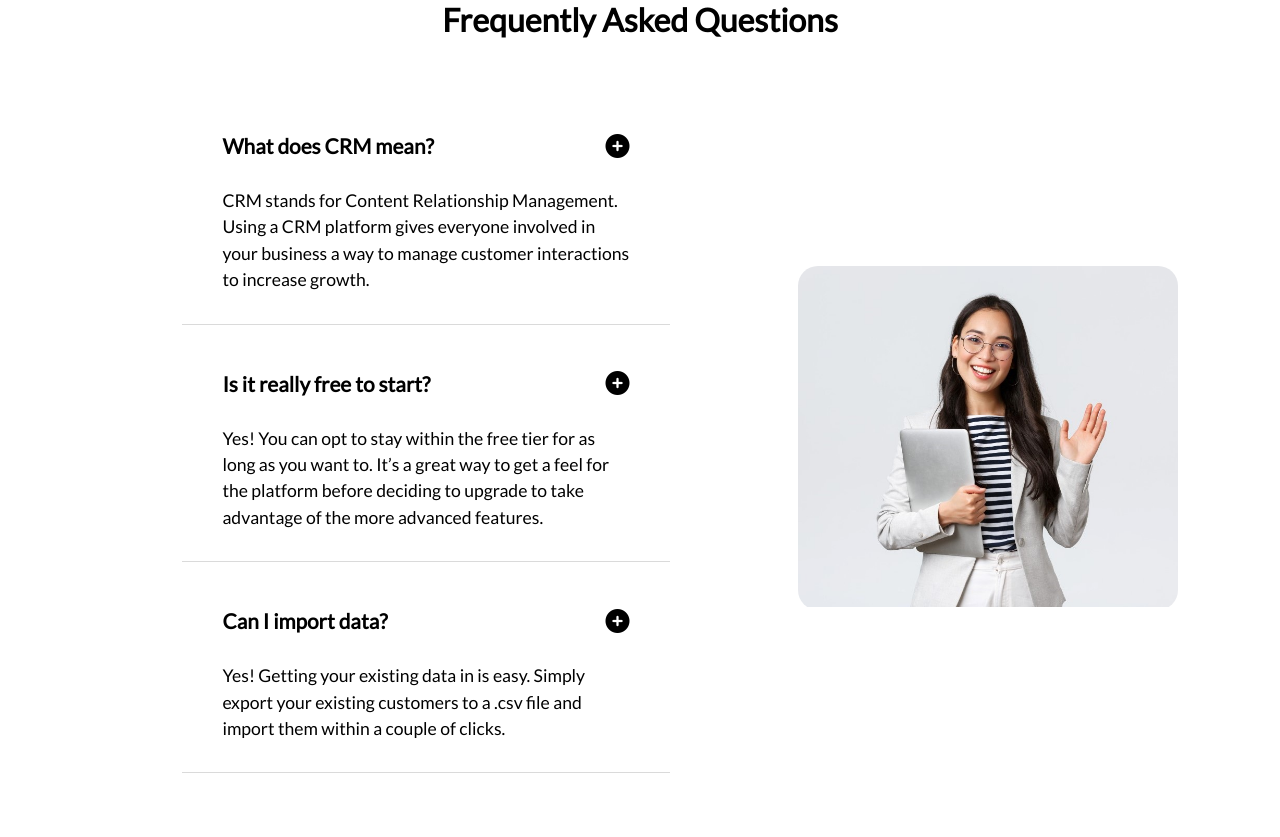
Repository: emiliaiwu/faq_component
Page: index.html
These files come from the project's save history. The page is drawn as it stood at one moment and after a run of saves; the edit follows.
The browser window is 1280 px wide. The pictures show the whole page.
Some web libraries are served in a nearby version.

Above is the page before, as saved 2022-12-13 16:33:36.

### index.html
<!DOCTYPE html>
<html lang="en">
<head>
    <meta charset="UTF-8">
    <meta http-equiv="X-UA-Compatible" content="IE=edge">
    <meta name="viewport" content="width=device-width, initial-scale=1.0">
    <link rel="stylesheet" href="style.css">
    <script src="https://kit.fontawesome.com/fd9c36575f.js" crossorigin="anonymous"></script>
    <title>FAQ Component</title>
</head>
<body>
        <h2>Frequently Asked Questions</h2>
        <article class="faq_component">
            <div class="faq_container">
                <div class="faq_content active">
                    <div class="faq_header">
                        <h3>What does CRM mean?</h3>
                        <i class="fa-solid fa-circle-plus"></i>
                    </div>
                    <div class="content_wrap">
                        <p class="content hidden">
                            CRM stands for Content Relationship Management. Using a CRM platform gives everyone involved in your business a way to manage customer interactions to increase growth.
                        </p>
                    </div>
                </div>

                <div class="faq_content">
                    <div class="faq_header">
                        <h3>Is it really free to start?</h3>
                        <i class="fa-solid fa-circle-plus"></i>
                    </div>
                    <div class="content_wrap">
                        <p class="content hidden">
                            Yes! You can opt to stay within the free tier for as long as you want to. It’s a great way to get a feel for the platform before deciding to upgrade to take advantage of the more advanced features.
                        </p>
                    </div>
                </div>

                <div class="faq_content">
                    <div class="faq_header">
                        <h3>Can I import data?</h3>
                        <i class="fa-solid fa-circle-plus"></i>
                    </div>
                    <div class="content_wrap">
                         <p class="content hidden">
                            Yes! Getting your existing data in is easy. Simply export your existing customers to a .csv file and import them within a couple of clicks.
                        </p>
                    </div>
                </div>
            </div>
            <div class="faq_image">
                <img src="img/meeting.jpg" alt="">
            </div>
        </article>
 <script src="script.js"></script>
</body>
</html>

### style.css
@import url('https://fonts.googleapis.com/css2?family=Lato:wght@300;400&display=swap');

* {
    margin: 0;
    padding: 0;
    box-sizing: border-box;
}

body {
    font-family: 'Lato', sans-serif;
    max-width: 100vw;
    min-height: 100vh;
    flex-direction: column;

}

body,
.faq_component,
.faq_container {
    display: flex;
    align-items: center;
    justify-content: center;

}


/* TYPOGRAPHY */
h2 {
    text-align: center;
    font-size: 2rem;
    font-family: inherit;

}

h3 {
    font-size: 1.3rem;
    font-family: inherit;
}

p {
    font-size: 1.1rem;
    font-family: inherit;
    height: 100%;
    line-height: 1.5;
}

.fa-solid {
    font-size: 1.5rem;
}



/* MAIN BODY */
.faq_component {
    margin: 4rem 8vw;
    gap: 3rem;
}

.faq_image {
    min-width: 380px;
    max-width: 800px;
    border-radius: 20px;
    overflow: hidden;
}

img {
    width: 100%;
    height: auto;
}

.faq_container {
    padding: 0 5rem;
    flex-direction: column;
    gap: 1rem;
}

.faq_header {
    display: flex;
    align-items: center;
    justify-content: space-between;
    padding: 30px 0px 30px 0;
}

.faq_content {
    padding: 0 40px;
    border-bottom: 1px solid rgba(0, 0, 0, 0.146);
    cursor: pointer;
}

.content_wrap {
    max-height: 150px;
    padding: 0 0 30px;
}


/* ACTIVE CLASSES */

.faq_content



@media only screen and (max-width: 1000px) {
    .faq_component {
        flex-direction: column;
        margin: 4rem 8vw;
    }

    h2 {
        margin-top: 3rem;
    }

    .faq_container {
        padding: 0;
    }

    .content_wrap {
    max-height: 300px;
    padding: 0 0 30px;
    }
}

### script.js
'use strict';
const faqHeader = document.querySelectorAll('.faq_header');
const faqContent = document.querySelectorAll('.faq_content');
const content = document.querySelector('.content');



faqContent.forEach((faq) => {
    faq.addEventListener('click', function () {
        // deselect();
        faq.classList.toggle('active');

    });
})


// const deselect = () => {
//     faqHeader.forEach((faq) => {
//         faqContent.classList.remove('active');
// 		content.classList.add('hidden');
// 		faq.classList.remove('open');
//     })
// }

After the next 3 saves:
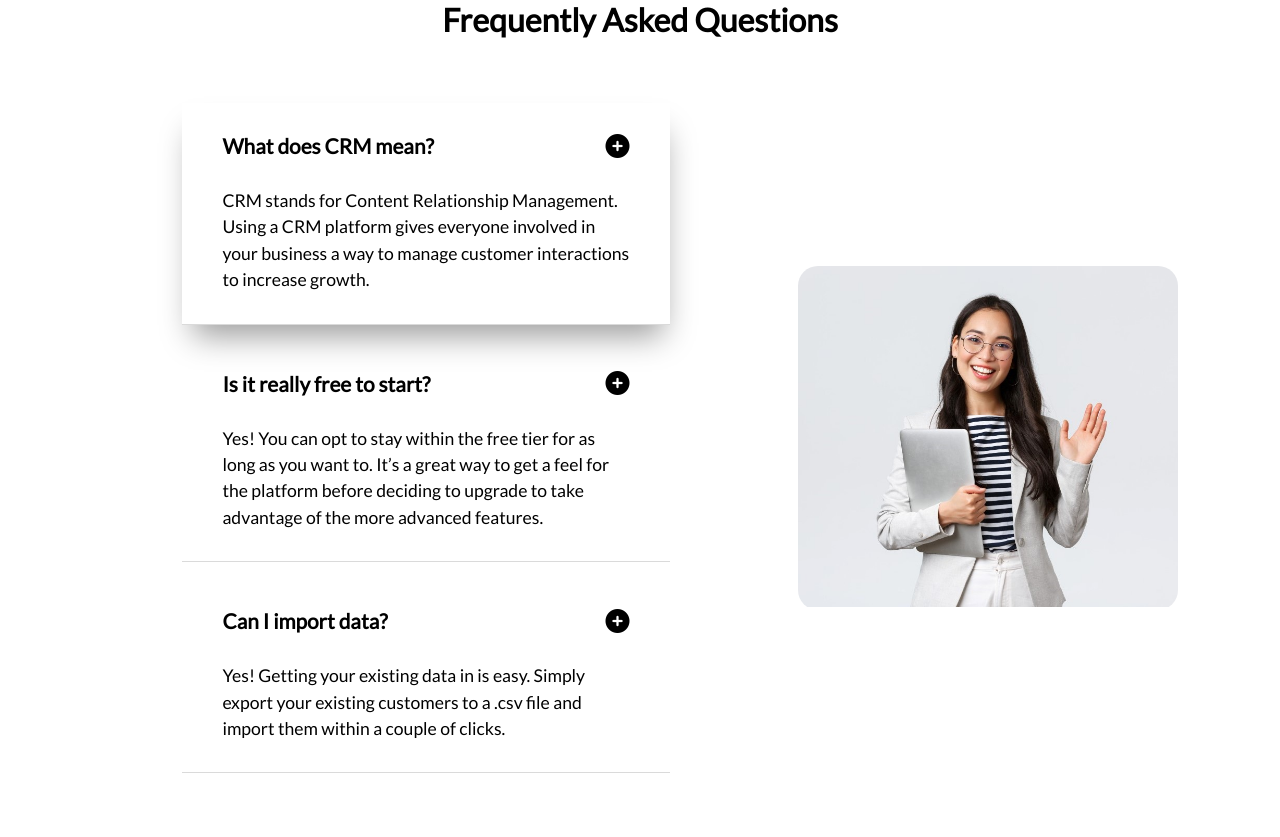
The 3 saves are shown as one change because they came seconds apart.
The last was saved 10 s later.
--- a/style.css
+++ b/style.css
@@ -95,7 +95,10 @@ img {
 
 /* ACTIVE CLASSES */
 
-.faq_content
+.faq_content.active {
+    box-shadow: 2px 20px 30px -9px rgba(0,0,0,0.39);
+    -webkit-box-shadow: 2px 20px 30px -9px rgba(0,0,0,0.39);
+}
 
 
 
